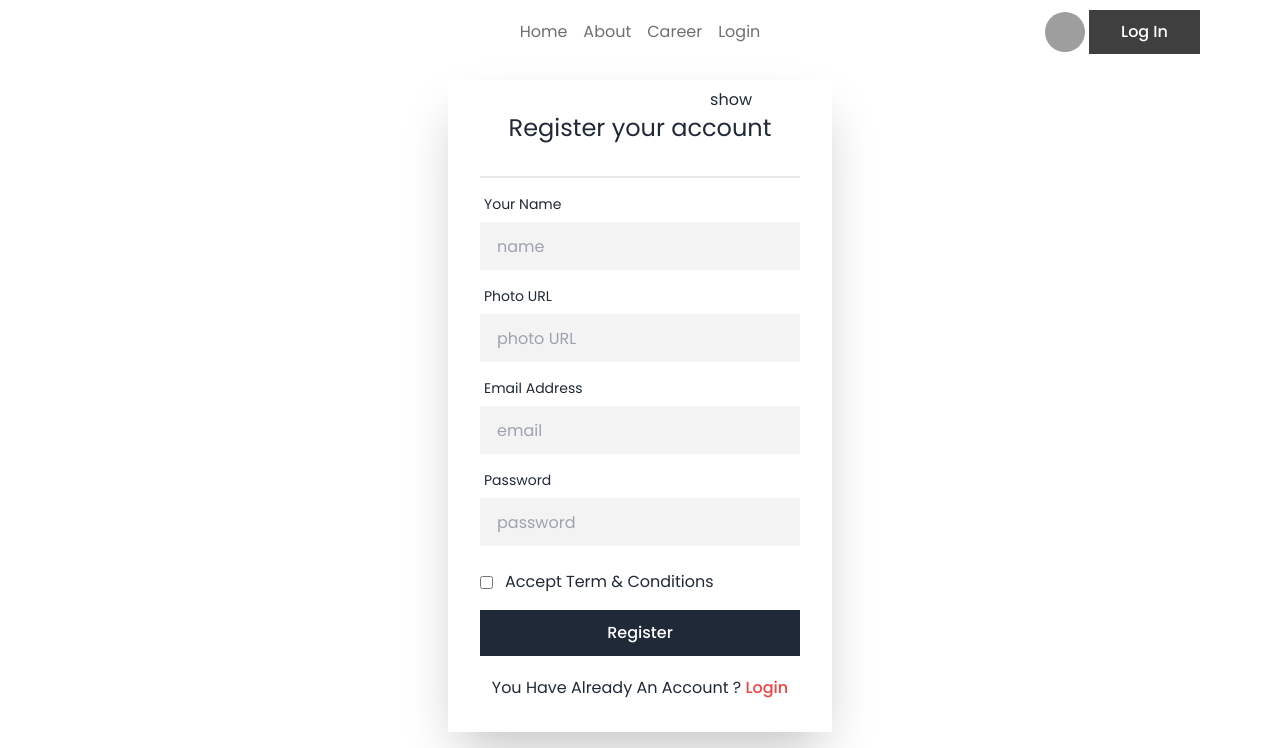
Repository: ShouravAhammed/react-dragon-news-auth
Page: /register
These files come from the project's save history. The page is drawn as it stood at one moment and after the next save; the edit follows.
The browser window is 1280 px wide. The pictures show the whole page.
Pictures or frames that could not be fetched are drawn as grey boxes. The project was rebuilt for these pictures with package versions that can differ from the ones it lists, and the page was loaded fresh each time. Also part of the build but not shown: vite.config.js, src/pages/BreakingNews/BreakingNews.jsx, src/pages/Register/News.jsx, src/pages/Shared/Header/Header.jsx, src/pages/Shared/LeftSideNav/LeftSideNav.jsx, src/Components/btnLogin/BtnLogin.jsx, src/pages/Shared/RIghtSideNav/RightSideNav.jsx, src/pages/Home/Home.jsx and 3 more.

Above is the page before, as saved 2024-04-14 17:06:32.

### src/main.jsx
import React from 'react'
import ReactDOM from 'react-dom/client'
import './index.css'
import { RouterProvider } from 'react-router-dom'
import router from './Routes/Routes.jsx'
import AuthProvider from './provider/AuthProvider.jsx'

ReactDOM.createRoot(document.getElementById('root')).render(
  <React.StrictMode>
    <AuthProvider>
    <RouterProvider router={router}/>
    </AuthProvider>
  </React.StrictMode>,
)

### src/Routes/Routes.jsx
import Root from "../layout/Root";

import {
    createBrowserRouter,
  } from "react-router-dom";
import Home from "../pages/Home/Home";
import About from "../pages/About/About";
import Career from "../pages/Career/Career";
import Login from "../pages/Login/Login";
import Register from "../pages/Register/Register";

const router = createBrowserRouter([
    {
        path: '/',
        element: <Root></Root>,
        children: [
            {

                path: '/',
                element: <Home></Home>,
                loader: () => fetch('news.json')
            },
            {

                path: '/about',
                element: <About></About>,
            },
            {

                path: '/career',
                element: <Career></Career>,
            },
            {

                path: '/login',
                element: <Login></Login>,
            },
            {

                path: '/register',
                element: <Register></Register>,
            },

        ]
    }
])

export default router;

### src/provider/AuthProvider.jsx
import { createUserWithEmailAndPassword, onAuthStateChanged, signInWithEmailAndPassword, signInWithPopup, signOut } from "firebase/auth";
import { createContext, useEffect, useState } from "react";
import auth from '../firebase/firebase.config'
import PropTypes from 'prop-types';

export const AuthContext = createContext(null);
const AuthProvider = ({children}) => {

    const [user, setUser] = useState(null)

    const createUser = (email, password) => {
        return createUserWithEmailAndPassword(auth, email, password)
    }
    const setTheUser = (email, password) => {
        return signInWithEmailAndPassword(auth, email, password)
    }

    const logOut = () => {
        signOut(auth);
    }

    const googleAuth = () => {
        signInWithPopup(auth)
    }

    useEffect(() => {
        const unSubscribe = onAuthStateChanged(auth, currentUser => {
            console.log('observed', currentUser)
            setUser(currentUser)
        })
        return () => {
            unSubscribe();
        }
    }, [])

    const authInfo = {
        user,
        createUser,
        setTheUser,
        googleAuth,
        logOut
    }
    return (
        <AuthContext.Provider value={authInfo}>
            {children}
        </AuthContext.Provider>
    );
};

AuthProvider.propTypes = {
    children: PropTypes.node
}

export default AuthProvider;

### src/layout/Root.jsx
import { Outlet } from "react-router-dom";


const Root = () => {
    return (
        <div className="max-w-6xl mx-auto font-poppins px-2">
            <Outlet></Outlet>
        </div>
    );
};

export default Root;

### src/pages/Register/Register.jsx
import { Link } from "react-router-dom";
import Navbar from "../Shared/Navbar/Navbar";
import { useContext, useState } from "react";
import { AuthContext } from "../../provider/AuthProvider";

const Register = () => {

    const {createUser} = useContext(AuthContext)
    const [showPassword, setShowPassword] = useState(false)

    const handleRegister = (e) => {
        e.preventDefault();
        const form = new FormData(e.currentTarget)
        const name = form.get('name')
        const email = form.get('email')
        const password = form.get('password')
        console.log(name, email, password)

        createUser( email, password)
        .then(result => console.log(result.user))
        .catch(error => console.log(error))
    }

    return (
        <div>
            <Navbar></Navbar>

            <div className="">
  <div className="hero-content">
    <div className="card rounded-none w-full max-w-sm shadow-2xl">

      <form className="card-body" onSubmit={handleRegister}>
        <h3 className="text-center pb-8 border-b-2 text-2xl">Register your account</h3>
        <div className="form-control">
          <label className="label">
            <span className="label-text">Your Name</span>
          </label>
          <input type="text" id="name" name="name" placeholder="name" className="input rounded-none bg-[#F3F3F3]" required />
        </div>
        <div className="form-control">
          <label className="label">
            <span className="label-text">Photo URL</span>
          </label>
          <input type="text" id="photo" name="photo" placeholder="photo URL" className="input rounded-none bg-[#F3F3F3]" required />
        </div>
        <div className="form-control">
          <label className="label">
            <span className="label-text">Email Address</span>
          </label>
          <input type="email" id="email" name="email" placeholder="email" className="input rounded-none bg-[#F3F3F3]" required />
        </div>
        <div className="form-control">
          <label className="label">
            <span className="label-text">Password</span>
          </label>
          <input type={showPassword ? 'text' : 'password'} id="password" name="password" placeholder="password" className="input relative bg-[#F3F3F3] rounded-none" required />
          <span className="absolute right-20 top-2" onClick={() => setShowPassword(!showPassword)}>
            {
              showPassword ? 'hide' : 'show'
            }
          </span>
        </div>
        <div className="mt-2 flex items-center gap-2">
            <input className="text-2xl" type="checkbox" name="checked" id="checked" />
            <label className="label">Accept Term & Conditions</label>
        </div>
        <div className="form-control">
        <button
        className="w-full px-8 py-2.5 relative group overflow-hidden font-medium bg-gray-800 text-white inline-block border-gray-800 border"
      >
        <span className="absolute top-0 left-0 flex w-full h-0 mb-0 transition-all duration-200 ease-out transform translate-y-0 bg-white group-hover:h-full"></span>
        <span className="relative group-hover:text-gray-800">Register</span>
      </button>
        </div>
        <p className="text-center mt-3"> You Have Already An Account ? <Link className="font-medium text-red-500" to={'/login'}>Login</Link></p>
      </form>

    </div>
  </div>
</div>

        </div>
    );
};

export default Register;

### src/firebase/firebase.config.js
// Import the functions you need from the SDKs you need
import { initializeApp } from "firebase/app";
import { getAuth } from "firebase/auth";
// TODO: Add SDKs for Firebase products that you want to use
// https://firebase.google.com/docs/web/setup#available-libraries

// Your web app's Firebase configuration
const firebaseConfig = {
  apiKey: "AIzaSyB2sZCLjQRGsRTNcgy9DHd30qjOz-58N4g",
  authDomain: "react-dragon-news-auth-d3831.firebaseapp.com",
  projectId: "react-dragon-news-auth-d3831",
  storageBucket: "react-dragon-news-auth-d3831.appspot.com",
  messagingSenderId: "908957067922",
  appId: "1:908957067922:web:ade17b6071af8e9995144b"
};

// Initialize Firebase
const app = initializeApp(firebaseConfig);

const auth = getAuth(app);
export default auth;

### src/pages/Shared/Navbar/Navbar.jsx
import { Link, NavLink } from "react-router-dom";
import DefaultUser from '../../../assets/user.png'
import { useContext } from "react";
import { AuthContext } from "../../../provider/AuthProvider";

const Navbar = () => {
    const {user, logOut} = useContext(AuthContext)

    const navLinks =
    <>
        <li><NavLink to={'/'} className={({isActive}) => isActive ? 'text-[#D72050]' : 'text-[#706F6F]'}>Home</NavLink></li>
        <li><NavLink to={'/about'} className={({isActive}) => isActive ? 'text-[#D72050]' : 'text-[#706F6F]'}>About</NavLink></li>
        <li><NavLink to={'/career'} className={({isActive}) => isActive ? 'text-[#D72050]' : 'text-[#706F6F]'}>Career</NavLink></li>
        <li><NavLink to={'/login'} className={({isActive}) => isActive ? 'text-[#D72050]' : 'text-[#706F6F]'}>Login</NavLink></li>
    </>

    const handleLogOut = () => {
      logOut()

    }

    return (
        <div>
            <div className="navbar">
  <div className="navbar-start">
    <div className="dropdown">
      <div tabIndex={0} role="button" className="btn btn-ghost lg:hidden">
        <svg xmlns="http://www.w3.org/2000/svg" className="h-5 w-5" fill="none" viewBox="0 0 24 24" stroke="currentColor"><path strokeLinecap="round" strokeLinejoin="round" strokeWidth="2" d="M4 6h16M4 12h8m-8 6h16" /></svg>
      </div>
      <ul tabIndex={0} className=" menu-sm dropdown-content mt-3 z-[1] p-2 shadow bg-base-100 rounded-box w-52 text-[#706F6F] font-normal text-[18px]">
        {navLinks}
      </ul>
    </div>
  </div>
  <div className="navbar-center hidden lg:flex">
    <ul className="flex justify-center items-center gap-4 menu-horizontal px-1">
      {navLinks}
    </ul>
  </div>
  <div className="navbar-end">
  <div tabIndex={0} role="button" className="btn btn-ghost btn-circle avatar">
        <div className="w-10 rounded-full">
          <img alt="Tailwind CSS Navbar component" src={DefaultUser} />
        </div>
      </div>

      {
        user ? <button onClick={handleLogOut}
        className="px-8 py-2.5 relative group overflow-hidden font-medium bg-[#403F3F] text-white inline-block"
      >
        <span className="absolute top-0 left-0 flex w-full h-0 mb-0 transition-all duration-200 ease-out transform translate-y-0 bg-gray-50 group-hover:h-full"></span>
        <span className="relative group-hover:text-[#403F3F]">Sign Out</span>
      </button>
      :
      <Link to={'/login'}>
  <button
        className="px-8 py-2.5 relative group overflow-hidden font-medium bg-[#403F3F] text-white inline-block"
      >
        <span className="absolute top-0 left-0 flex w-full h-0 mb-0 transition-all duration-200 ease-out transform translate-y-0 bg-gray-50 group-hover:h-full"></span>
        <span className="relative group-hover:text-[#403F3F]">Log In</span>
      </button>
  </Link>
      }

  </div>
</div>
        </div>
    );
};

export default Navbar;

### tailwind.config.js
/** @type {import('tailwindcss').Config} */
export default {
  content: [
    "./index.html",
    "./src/**/*.{js,ts,jsx,tsx}",
  ],
  theme: {
    extend: {
      fontFamily: {
        poppins: '"Poppins", sans-serif;', // Adds a new `font-display` class
      }
    }
  },
  plugins: [require("daisyui")],
}

Loaded but not shown: index.html (common file); src/index.css (common file)

After the next save:
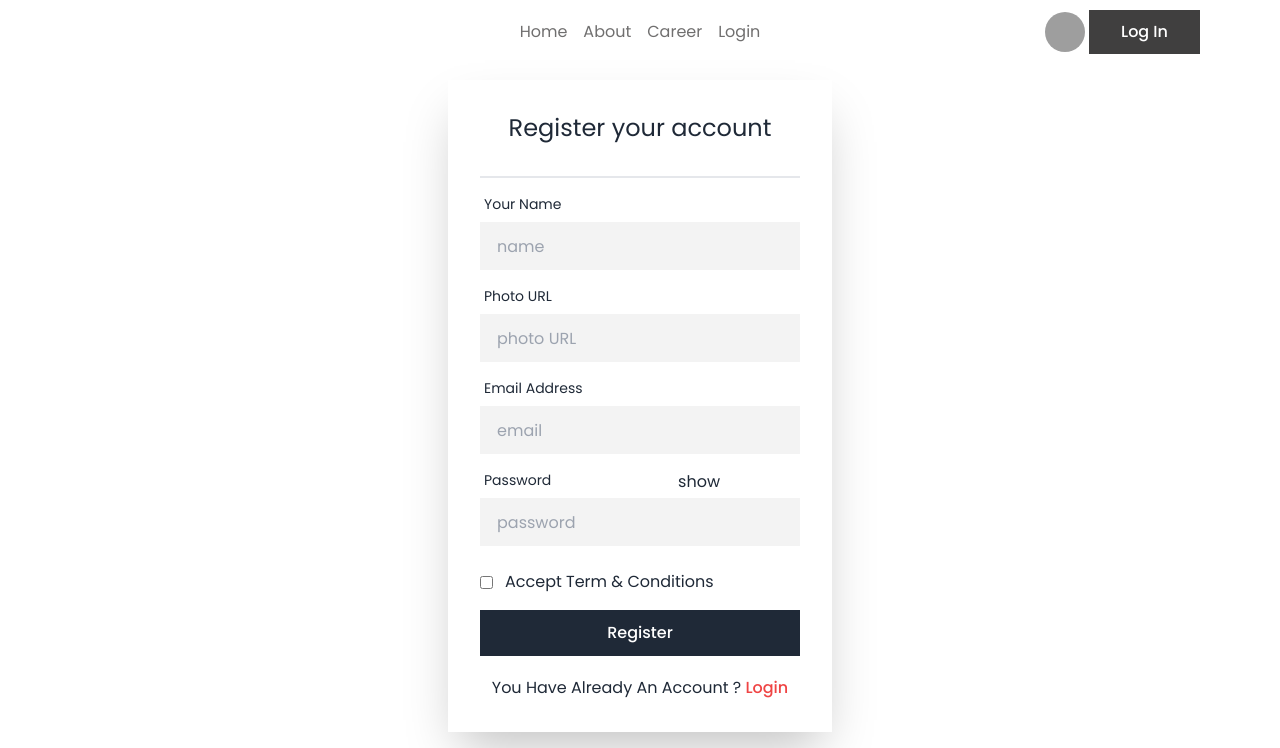
Saved 70 s later.
--- a/src/pages/Register/Register.jsx
+++ b/src/pages/Register/Register.jsx
@@ -49,11 +49,11 @@
           </label>
           <input type="email" id="email" name="email" placeholder="email" className="input rounded-none bg-[#F3F3F3]" required />
         </div>
-        <div className="form-control">
+        <div className="form-control relative">
           <label className="label">
             <span className="label-text">Password</span>
           </label>
-          <input type={showPassword ? 'text' : 'password'} id="password" name="password" placeholder="password" className="input relative bg-[#F3F3F3] rounded-none" required />
+          <input type={showPassword ? 'text' : 'password'} id="password" name="password" placeholder="password" className="input bg-[#F3F3F3] rounded-none" required />
           <span className="absolute right-20 top-2" onClick={() => setShowPassword(!showPassword)}>
             {
               showPassword ? 'hide' : 'show'
